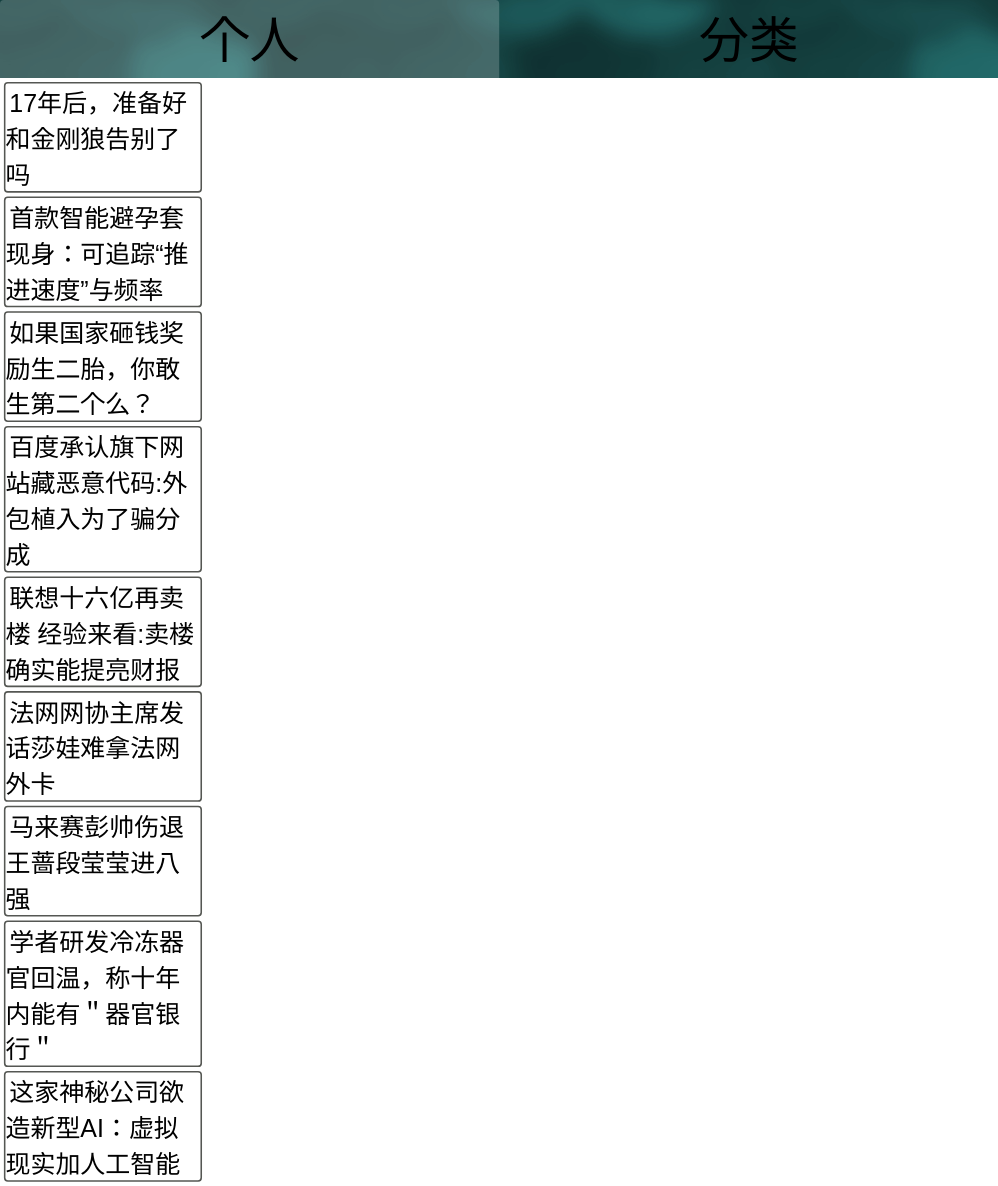
Repository: aoandxie/AoNews
Page: AoNews/WebContent/faction.html
The author's editor kept a copy of each file at every save. The page is drawn from the files as they stood at one save, then again after the next save.
The browser window is 1280 px wide. The pictures show the whole page, at 78% of full size.

Above is the page before, as saved 2017-03-05 16:09:29.

After the next save:
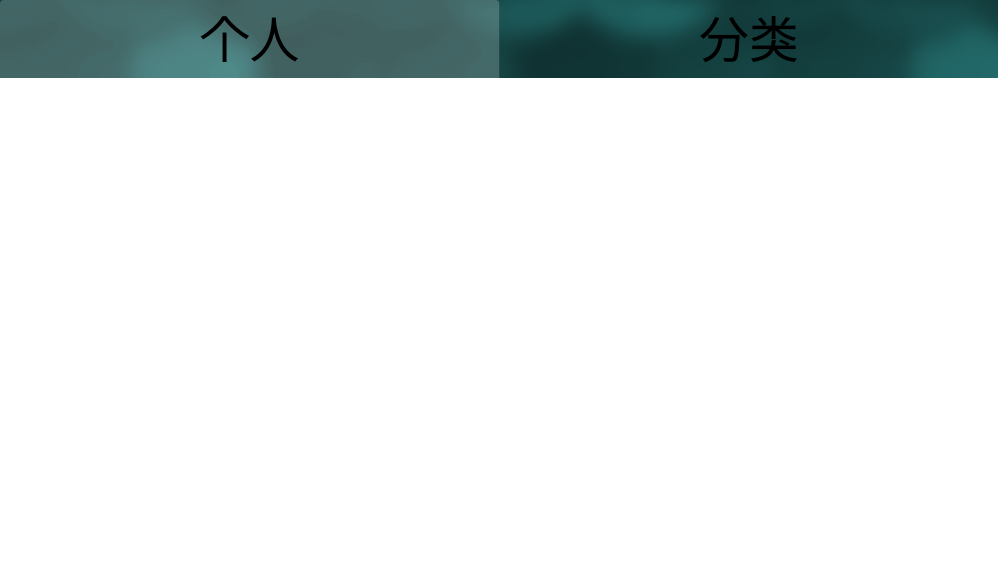
Saved 12 h 48 min later.
--- a/AoNews/WebContent/faction.html
+++ b/AoNews/WebContent/faction.html
@@ -10,14 +10,5 @@
 			<ul class="Now"><a>个人</a></ul>
 			<ul><a href="classify.html">分类</a></ul>
 		</div>
-		<div class="News"><a href="news/17年后，准备好和金刚狼告别了吗_网易订阅.html" target="_blank">17年后，准备好和金刚狼告别了吗</a></div>
-		<div class="News"><a href="news/i.Con 智能避孕套现已开放预定：可追踪“推进速度”与频率_网易数码.html" target="_blank">首款智能避孕套现身：可追踪“推进速度”与频率</a></div>
-		<div class="News"><a href="news/如果国家砸钱奖励生二胎，你敢生第二个孩子吗？ - 南都周刊 - 微信公众号文章.html" target="_blank">如果国家砸钱奖励生二胎，你敢生第二个么？</a></div>
-		<div class="News"><a href="news/百度承认旗下网站藏恶意代码_外包植入为了骗分成_网易科技.html" target="_blank">百度承认旗下网站藏恶意代码:外包植入为了骗分成</a></div>
-		<div class="News"><a href="news/联想十六亿再卖楼 经验来看_卖楼确实能提亮财报_网易科技.html" target="_blank">联想十六亿再卖楼 经验来看:卖楼确实能提亮财报</a></div>
-		<div class="News"><a href="news/莎娃无缘法网？法网协主席暗示或将不提供外卡_体育_腾讯网.html" target="_blank">法网网协主席发话莎娃难拿法网外卡</a></div>
-		<div class="News"><a href="news/马来西亚赛彭帅伤退，王蔷赢德比携段莹莹进八强-搜狐体育.html" target="_blank">马来赛彭帅伤退王蔷段莹莹进八强</a></div>
-		<div class="News"><a href="news/学者研发冷冻器官回温称十年内能有_器官银行__楼兰网.html" target="_blank">学者研发冷冻器官回温，称十年内能有＂器官银行＂</a></div>
-		<div class="News"><a href="news/这家神秘公司欲造新型AI：虚拟现实加人工智能 - IT业界 - 21CN.COM.html" target="_blank">这家神秘公司欲造新型AI：虚拟现实加人工智能</a></div>
 	</body>
 </html>
